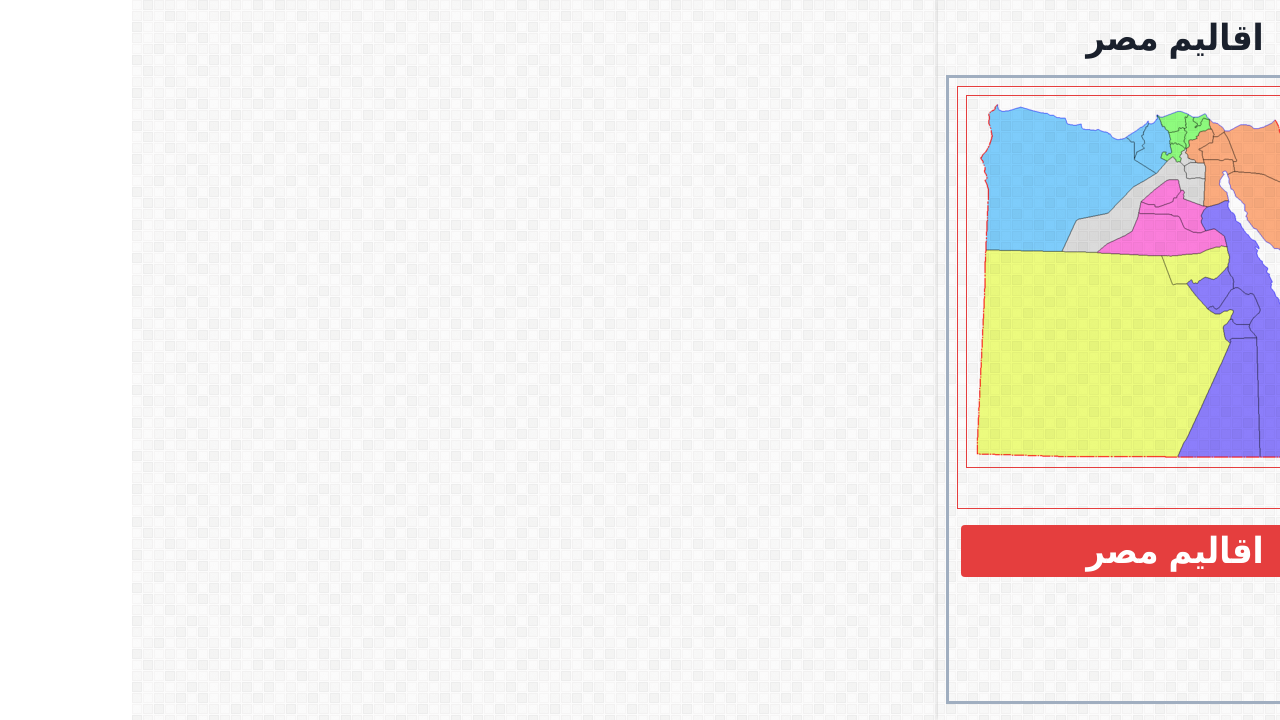
Repository: ahmed-mohamed-eng/egypt-gov-map
Page: /
The author's editor kept a copy of each file at every save. The page is drawn from the files as they stood at one save, then again after the next save.
The browser window is 1280 px wide. The pictures show the whole page.
Some web fonts or font styles are not loaded; a fallback is used. The project was rebuilt for these pictures with package versions that can differ from the ones it lists, and the page was loaded fresh each time. The framework's server and built-in components were replaced by stand-ins that run in the browser. Also part of the build but not shown: next.config.js.

Above is the page before, as saved 2022-05-30 13:35:42.

After the next save:
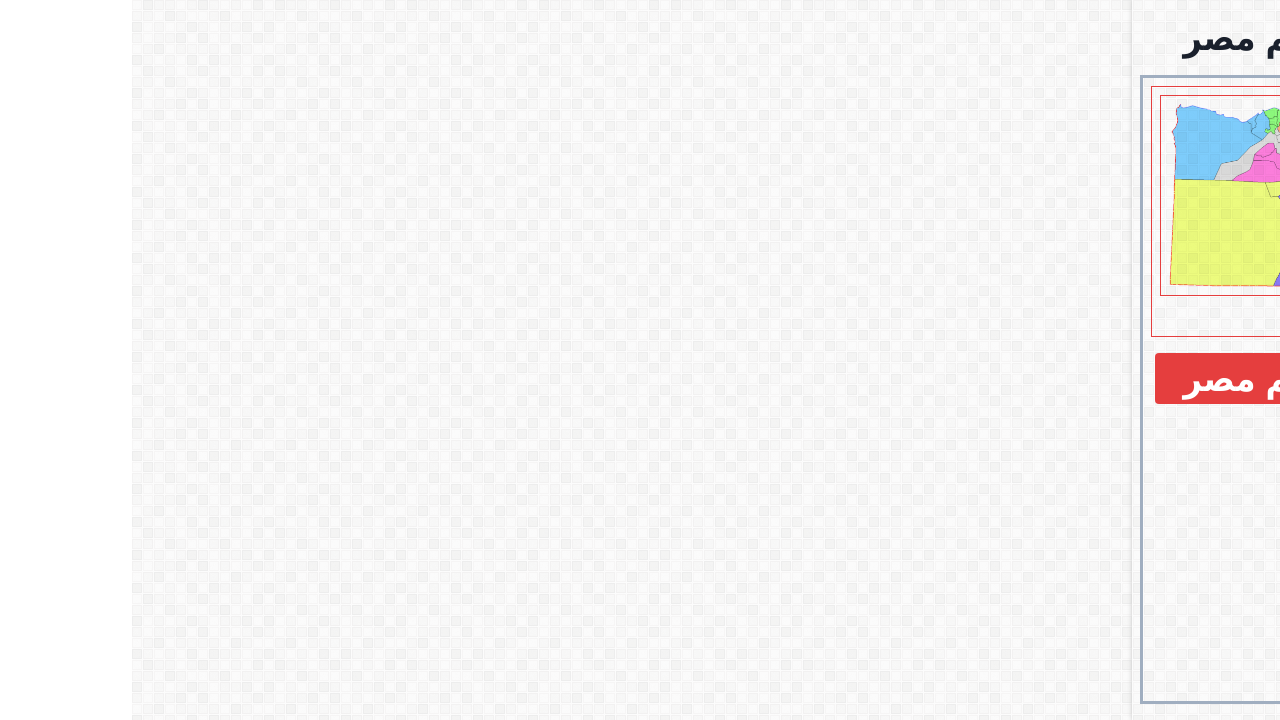
Saved 54 s later.
--- a/components/PageContainer/PageContainer.tsx
+++ b/components/PageContainer/PageContainer.tsx
@@ -6,6 +6,7 @@ export const PageContainer = (props: any) => {
   return (
     <Flex backgroundImage={`url(../../images/backgroundImage.png)`}>
       <VStack
+        width={["280px"]}
         minH="100vh"
         boxShadow="0 0 5px #CACACA"
         py="1rem"
